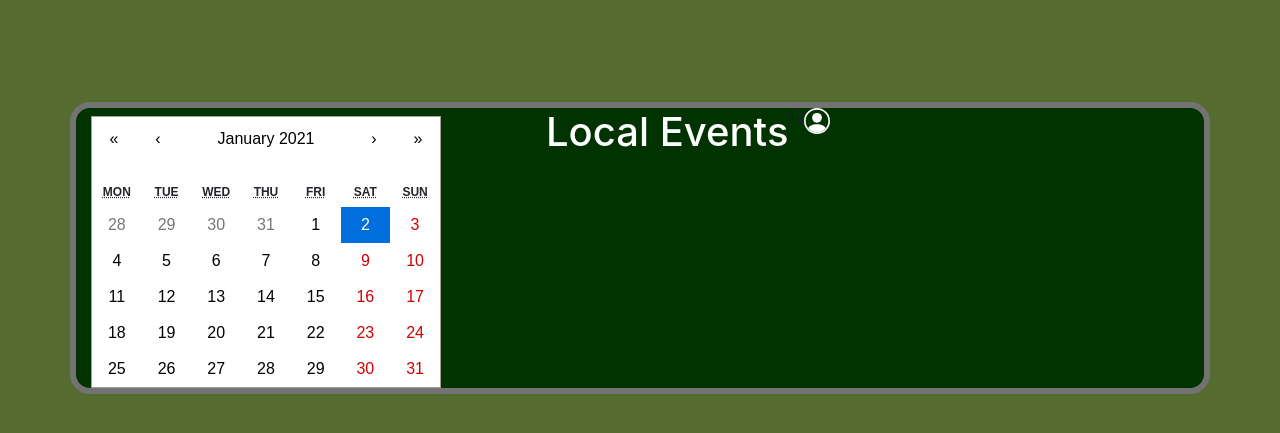
Repository: lalji-yadav/Calendar-code
Page: /
An editor plug-in stored every save of this project. The page is shown before and after the next save, followed by the edit.
The browser window is 1280 px wide. The pictures show the whole page.
The project was rebuilt for these pictures with package versions that can differ from the ones it lists, and the page was loaded fresh each time. Also part of the build but not shown: src/App.css.

Above is the page before, as saved 2021-01-03 13:27:45.

### src/App.js
import logo from './logo.svg';
import './App.css';
import MyApp from './calendar/calendar'
import Home from "./calendar/Home";

function App() {
  return (
    <div>
      <header>

        <Home />

      </header>
    </div>
  );
}

export default App;

### src/calendar/calendar.js
import React, { useState } from 'react';
import 'react-calendar/dist/Calendar.css';
import Calendar from 'react-calendar';

function MyApp() {
  const [value, onChange] = useState(new Date());

  return (
    <div>
      <Calendar
        onChange={onChange}
        value={value}
      />
    </div>
  );
}

export default MyApp;

### src/calendar/Home.js
import React from 'react';
import "./Home.css";
import MyApp from "./calendar";

function Home() {

  return (
    <div className="main">
      <div className='container'>
        <div className="row">
          <div className="col-sm-5 calendar">
             <MyApp />
          </div>
          <div className="col-sm-7">
            <div className="row">
              <h1 style={{color:"white"}}>Local Events </h1>
              <svg xmlns="http://www.w3.org/2000/svg" width="16" height="16" fill="currentColor" class="bi bi-search" viewBox="0 0 16 16">
  <path d="M11.742 10.344a6.5 6.5 0 1 0-1.397 1.398h-.001c.03.04.062.078.098.115l3.85 3.85a1 1 0 0 0 1.415-1.414l-3.85-3.85a1.007 1.007 0 0 0-.115-.1zM12 6.5a5.5 5.5 0 1 1-11 0 5.5 5.5 0 0 1 11 0z"/>
</svg>

              <svg xmlns="http://www.w3.org/2000/svg" width="26" height="26" fill="white" class="bi bi-person-circle" viewBox="0 0 16 16">
  <path d="M13.468 12.37C12.758 11.226 11.195 10 8 10s-4.757 1.225-5.468 2.37A6.987 6.987 0 0 0 8 15a6.987 6.987 0 0 0 5.468-2.63z"/>
  <path fill-rule="evenodd" d="M8 9a3 3 0 1 0 0-6 3 3 0 0 0 0 6z"/>
  <path fill-rule="evenodd" d="M8 1a7 7 0 1 0 0 14A7 7 0 0 0 8 1zM0 8a8 8 0 1 1 16 0A8 8 0 0 1 0 8z"/>
</svg>

            </div>

          </div>
        </div>

      </div>

    </div>
  );
}
export default Home;

### src/calendar/Home.css
.main {
    width: 100%;
    height: 100%;
    position: absolute;
    /* padding: 10% 5% 10% 5%; */
    background-color: darkolivegreen;
}
.container {
    width: 80%;
    /* height: 70%; */
    margin: 8% 10% 8% 10%;
    background-color: #003300;
    border: 6px solid #737373;
    border-radius: 20px;
}
.calendar {
    /* border: 2px solid red; */
    margin-top: 8px;
}
hr {
    color: white;
    width: 100%;
    margin-top: 5em;
    background-color: white;
}
.tablebox {
    margin: 0% 0% 0% 3%;
    padding: 3%;
    width: 91%;
    border-radius: 15px;
    color: black;
    background-color: white;
}

Loaded but not shown: public/index.html (common file); src/index.js (common file); src/index.css (common file); src/reportWebVitals.js (common file)

After the next save:
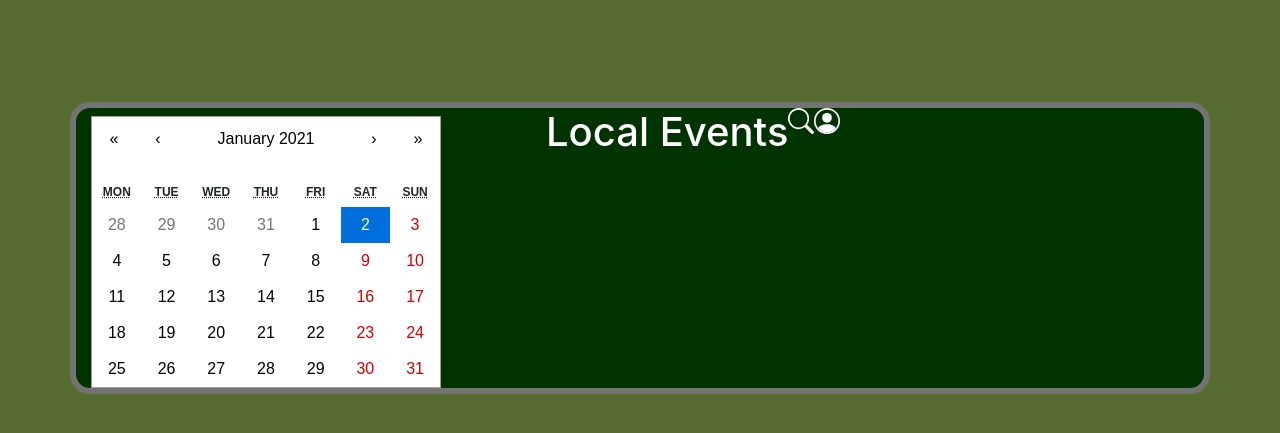
Saved 37 s later.
--- a/src/calendar/Home.js
+++ b/src/calendar/Home.js
@@ -14,7 +14,7 @@ function Home() {
           <div className="col-sm-7">
             <div className="row">
               <h1 style={{color:"white"}}>Local Events </h1>
-              <svg xmlns="http://www.w3.org/2000/svg" width="16" height="16" fill="currentColor" class="bi bi-search" viewBox="0 0 16 16">
+              <svg xmlns="http://www.w3.org/2000/svg" width="26" height="26" fill="white" class="bi bi-search" viewBox="0 0 16 16">
   <path d="M11.742 10.344a6.5 6.5 0 1 0-1.397 1.398h-.001c.03.04.062.078.098.115l3.85 3.85a1 1 0 0 0 1.415-1.414l-3.85-3.85a1.007 1.007 0 0 0-.115-.1zM12 6.5a5.5 5.5 0 1 1-11 0 5.5 5.5 0 0 1 11 0z"/>
 </svg>
 
